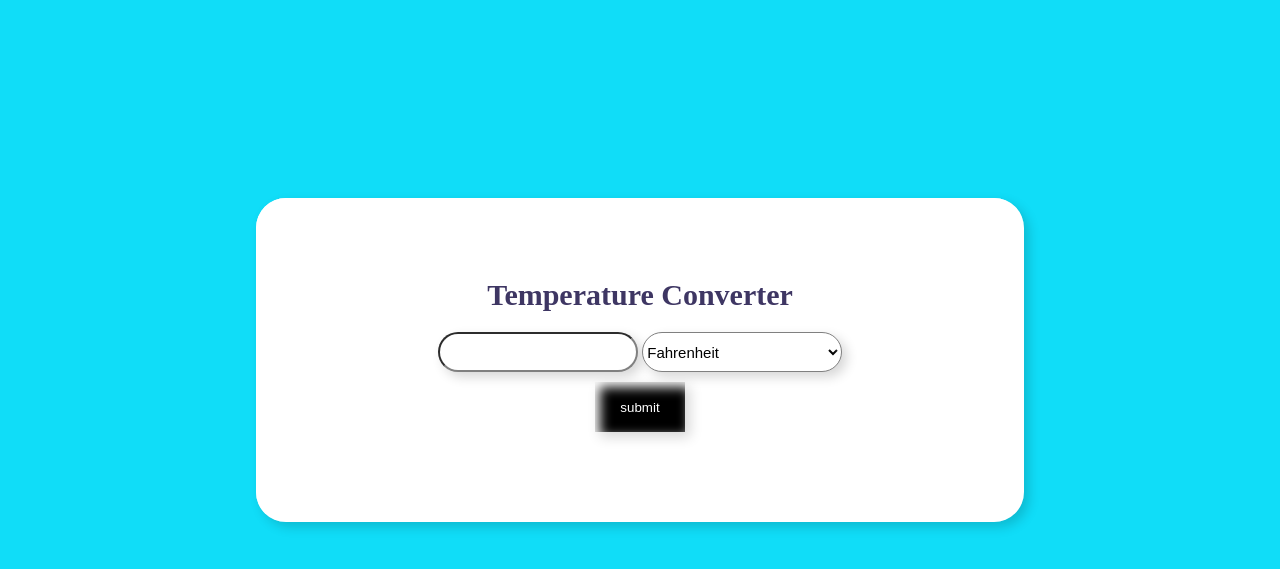
Repository: Mayur2905/OIBSIP
Page: Task-4/index.html
The author's editor kept a copy of each file at every save. The page is drawn from the files as they stood at one save, then again after the next save.
The browser window is 1280 px wide. The pictures show the whole page.

Above is the page before, as saved 2022-02-03 23:33:08.

### Task-4/index.html
<!DOCTYPE html>
<html lang="en">
<head>
    <meta charset="UTF-8">
    <meta http-equiv="X-UA-Compatible" content="IE=edge">
    <meta name="viewport" content="width=device-width, initial-scale=1.0">
    <title>Document</title>
    <link rel="stylesheet" href="style.css">
</head>
<body>
    <script type="text/javascript">
        function convert(){
            const temp = document.getElementById('temp').value;
            const ty = document.getElementById('type').value;
            if(ty == 'fah' )
            {
                var f = (temp*1.8)+32;
                document.getElementById('result').innerHTML=`= ${f}°Fahrenheit`;
            }
            else{
                var f= (temp*1) + 273.15;
                document.getElementById('result').innerHTML=`= ${f}°Kelvin`;
            }


        }
    </script>
    <form id="tempCalc" onsubmit="convert(); return false">
        <label for="temp">Temperature Converter</label><br/>
        <input type="text" name="temp" id="temp">
        <select name="temp_diff" id="type">
            <option value="fah">Fahrenheit</option>
            <option value="Kel">Kelvin</option>
        </select><br/>
        <input id="btn" type="submit" value="submit" name="temp">
        <div id="result"></div>
    </form>
</body>
</html>

### Task-4/style.css
* {
  margin: 0;
  padding: 0;
  box-sizing: border-box;
  font-family: "Mulish", sans-serif;
}

body {
  width: 100vw;
  height: 100vh;
  background-color: #10ddf8;
  display: grid;
  align-items: center;
}

form {
  background-color: #ffffff;
  padding: 80px;
  width: 60%;
  margin: 100px auto;
  text-align: center;
  box-shadow: inset 5px 5px 12px #ffffff, 5px 5px 12px rgba(0, 0, 0, 0.16);
  border-radius: 30px;
}

#tempCalc label {
  font-size: 30px;
}

#temp {
  border-color: grey;
  border-radius: 20px;
  padding: 10px;
  height: 40px;
  width: 200px;
  font-size: 20px;
  margin-top: 20px;
  vertical-align: top;
  box-shadow: inset 5px 5px 12px #ffffff, 5px 5px 12px rgba(0, 0, 0, 0.16);
}

#type {
  height: 40px;
  border-color: gray;
  border-radius: 20px;
  margin-top: 20px;
  font-size: 15px;
  height: 40px;
  width: 200px;
  vertical-align: top;
  background-color: #ffffff;
  box-shadow: inset 5px 5px 12px #ffffff, 5px 5px 12px rgba(0, 0, 0, 0.16);
}
label {
  font-family: cursive;
  font-weight: bold;
  color: #3e3663;
}
#btn {
  background-color: rgb(0, 0, 0);
  height: 50px;
  width: 90px;
  color: white;
  margin: 10px;
  border: none;
  box-shadow: inset 5px 5px 12px #ffffff, 5px 5px 12px rgba(0, 0, 0, 0.16);
}
#result {
  font-size: 15px;
  font-weight: 600;
}

After the next save:
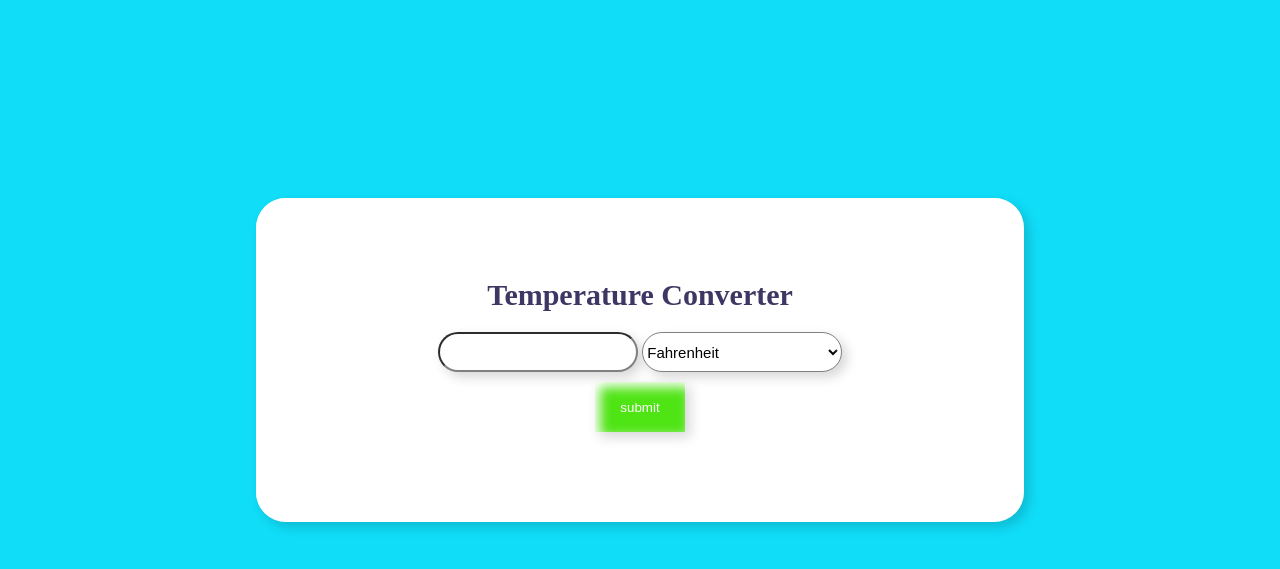
Saved 11 s later.
--- a/Task-4/style.css
+++ b/Task-4/style.css
@@ -57,7 +57,7 @@ label {
   color: #3e3663;
 }
 #btn {
-  background-color: rgb(0, 0, 0);
+  background-color: rgb(79, 228, 20);
   height: 50px;
   width: 90px;
   color: white;
